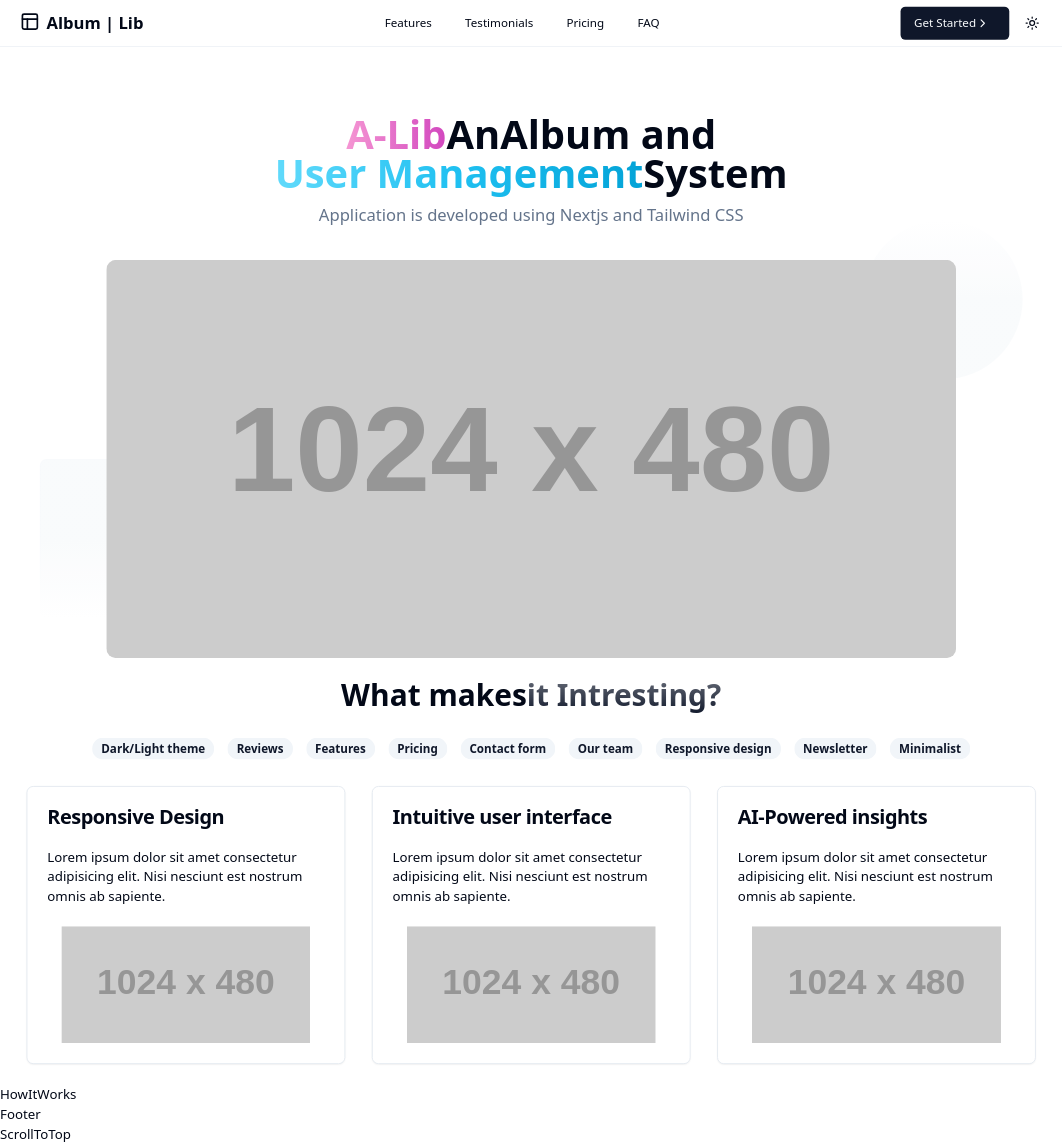
Repository: DevLaukey/savannah-informatics-test
Page: /
These files come from the project's save history. The page is drawn as it stood at one moment and after the next save; the edit follows.
The browser window is 1280 px wide. The pictures show the whole page, at 83% of full size.
The project was rebuilt for these pictures with package versions that can differ from the ones it lists, and the page was loaded fresh each time. The framework's server and built-in components were replaced by stand-ins that run in the browser. Also part of the build but not shown: next.config.mjs.

Above is the page before, as saved 2024-06-04 22:25:50.

After the next save:
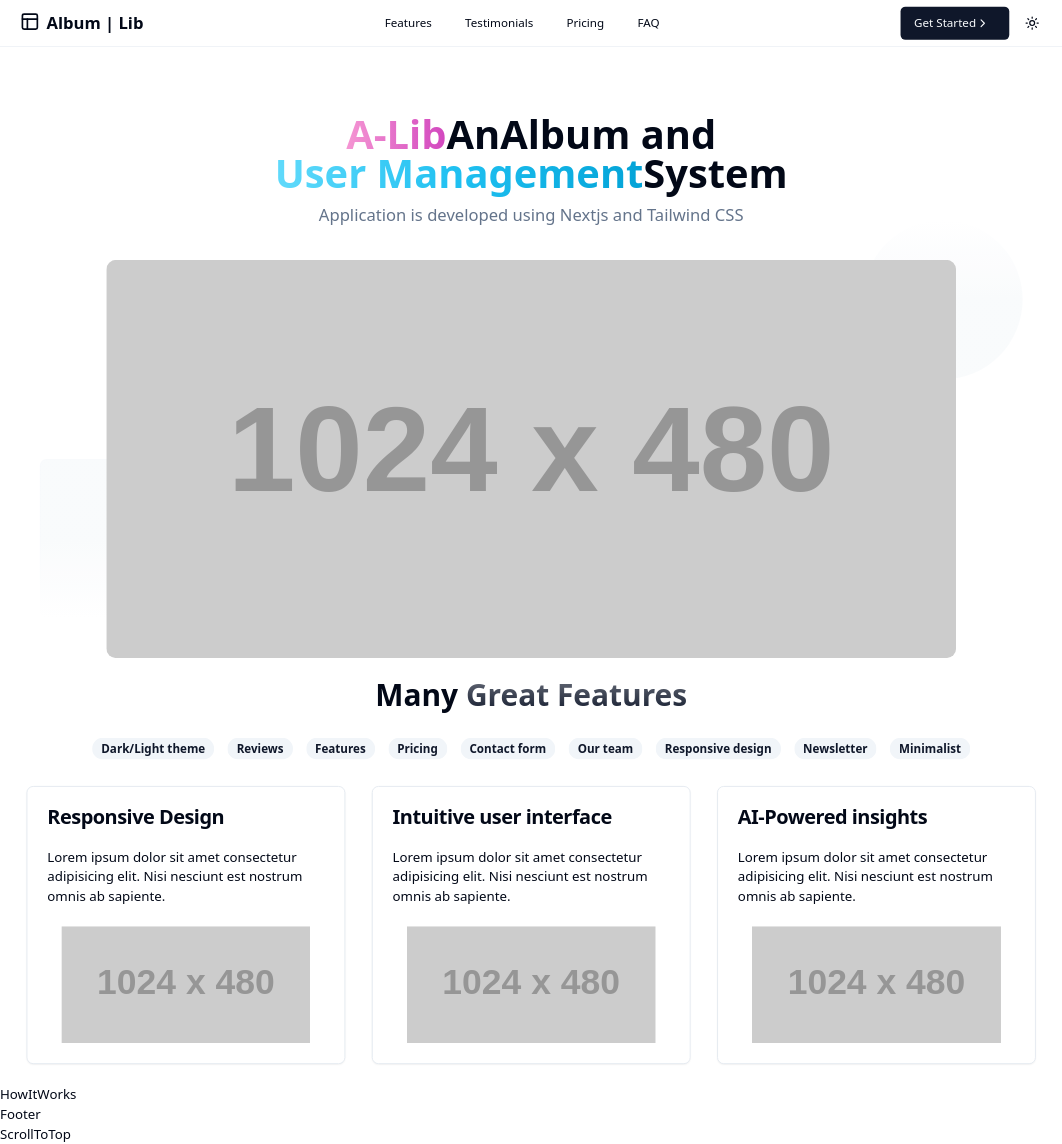
Saved 20 s later.
--- a/components/landing-page/About.jsx
+++ b/components/landing-page/About.jsx
@@ -44,9 +44,9 @@
   return (
     <section id="features" className="container py-4 sm:py-6 space-y-8">
       <h2 className="text-3xl lg:text-4xl font-bold md:text-center">
-        What makes
+        Many{" "}
         <span className="bg-gradient-to-b from-primary/60 to-primary text-transparent bg-clip-text">
-          it Intresting?
+          Great Features
         </span>
       </h2>
 
